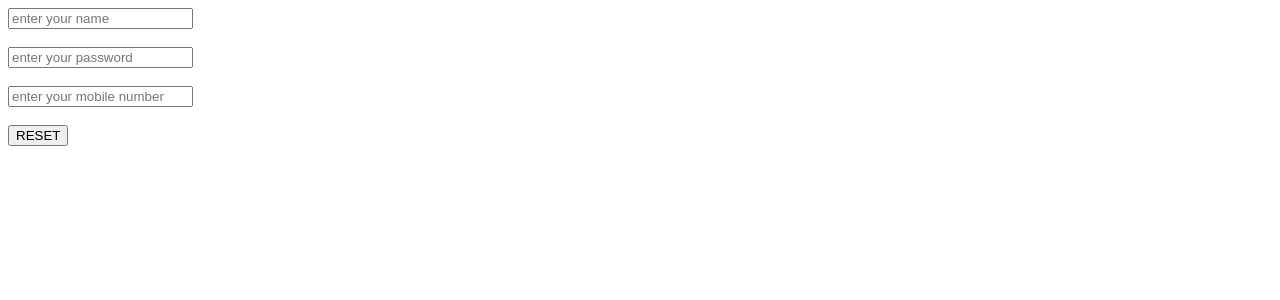
Repository: bpgujjari/Java-Logics
Page: conditional and looping programs/RathanSir/Project1/src/main/webapp/reset.html
An editor plug-in stored every save of this project. The page is shown before and after the next save, followed by the edit.
The browser window is 1280 px wide. The pictures show the whole page.

Above is the page before, as saved 2023-03-15 18:10:59.

After the next save:
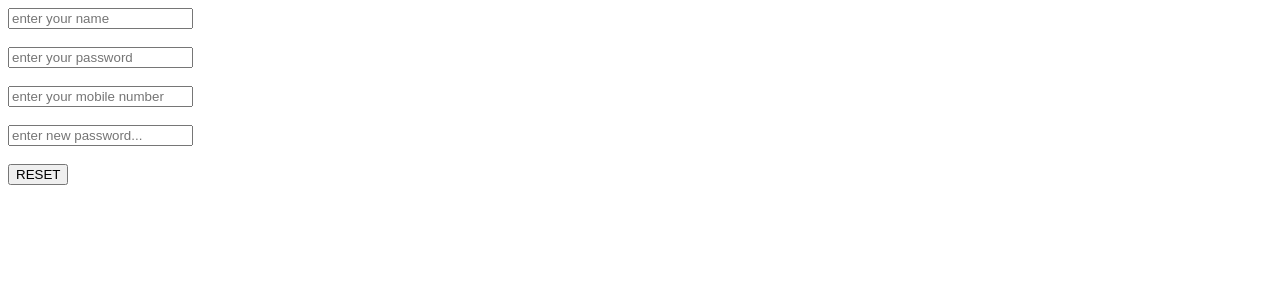
Saved 4 min 15 s later.
--- a/conditional and looping programs/RathanSir/Project1/src/main/webapp/reset.html
+++ b/conditional and looping programs/RathanSir/Project1/src/main/webapp/reset.html
@@ -5,6 +5,7 @@
 <input type="text" name="name" placeholder="enter your name"><br><br>
 <input type="text" name="password" placeholder="enter your password"><br><br>
 <input type="number" name="mobile" placeholder="enter your mobile number"><br><br>
+<input type="text" name="npassword" placeholder="enter new password..."><br><br>
 <input type="submit" value="RESET">
 </form>
 </body>
